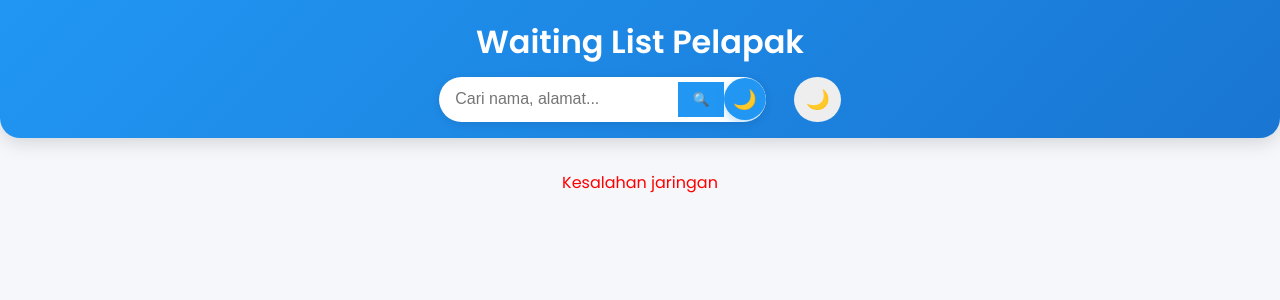
Repository: pasarrakyatbak/WaitingListforPanitia
Page: index.html
An editor plug-in stored every save of this project. The page is shown before and after the next save, followed by the edit.
The browser window is 1280 px wide. The pictures show the whole page.
The page's requests for data from a server got no answer.

Above is the page before, as saved 2025-09-25 16:41:48.

### index.html
<!DOCTYPE html>
<html lang="id">

<head>
    <meta charset="UTF-8">
    <meta name="viewport" content="width=device-width, initial-scale=1.0">
    <title>Waiting List Pelapak</title>
    <link href="https://fonts.googleapis.com/css2?family=Poppins:wght@400;500;600&display=swap" rel="stylesheet">
    <link rel="stylesheet" href="style.css">
</head>

<body>
    <!-- App Bar -->
    <div class="app-bar">
        <h1>Waiting List Pelapak</h1>
        <div class="header-actions">
            <!-- Search -->
            <div class="search-container">
                <input type="text" id="searchInput" placeholder="Cari nama, alamat...">
                <button id="searchBtn" aria-label="Cari">
                    <span class="icon">🔍</span>
                </button>
                <button id="darkSwitch" class="btn icon">🌙</button>
            </div>

            <!-- Toggle Dark Mode -->
            <button id="darkSwitch" class="toggle-dark" aria-label="Ganti tema">
                <span class="icon sun">☀️</span>
                <span class="icon moon">🌙</span>
            </button>
        </div>
    </div>

    <!-- Loader -->
    <div class="loader hidden" id="loader">
        <div class="spinner"></div>
        <div>Memuat data...</div>
    </div>

    <!-- List Container -->
    <div class="grid" id="listContainer"></div>

    <!-- Pagination -->
    <div class="pagination" id="pagination"></div>

    <!-- Modal -->
    <div class="modal hidden" id="modal">
        <div class="modal-content">
            <div id="modalMessage"></div>
            <div class="modal-actions">
                <button class="btn secondary" id="cancelBtn">Batal</button>
                <button class="btn primary" id="confirmBtn">
                    <span class="btn-text">Ya</span>
                    <span class="btn-spinner hidden"></span>
                </button>
            </div>
        </div>
    </div>

    <!-- Toast -->
    <div class="toast hidden" id="toast">
        <span id="toastMessage"></span>
        <button id="toastClose">✖</button>
    </div>

    <script src="script.js"></script>
</body>

</html>

### style.css
/* Reset & Global */
* {
    margin: 0;
    padding: 0;
    box-sizing: border-box;
}

body {
    font-family: "Poppins", sans-serif;
    background: #f5f7fa;
    color: #212121;
    display: flex;
    flex-direction: column;
    min-height: 100vh;
    transition: background 0.4s, color 0.4s;
    line-height: 1.6;
}

/* 🌙 Dark Mode Global */
body.dark {
    background: #121212;
    color: #e0e0e0;
}

/* App Bar */
.app-bar {
    background: linear-gradient(135deg, #2196f3, #1976d2);
    color: #fff;
    padding: 1rem 1.5rem;
    text-align: center;
    box-shadow: 0 4px 20px rgba(0, 0, 0, 0.15);
    position: sticky;
    top: 0;
    z-index: 100;
    border-bottom-left-radius: 20px;
    border-bottom-right-radius: 20px;
    transition: background 0.4s, box-shadow 0.4s;
}

.app-bar h1 {
    font-size: 1.8rem;
    font-weight: 600;
}

.header-actions {
    display: flex;
    justify-content: center;
    gap: 1rem;
    flex-wrap: wrap;
    margin-top: 0.6rem;
}

/* 🌙 Dark Mode App Bar */
body.dark .app-bar {
    background: linear-gradient(135deg, #0d47a1, #1565c0);
    box-shadow: 0 4px 20px rgba(255, 255, 255, 0.1);
}

/* 🎨 Modern Buttons */
.btn {
    display: inline-flex;
    align-items: center;
    justify-content: center;
    gap: 0.5rem;
    padding: 0.65rem 1.2rem;
    border: none;
    border-radius: 14px;
    font-size: 0.9rem;
    font-weight: 600;
    cursor: pointer;
    transition: all 0.3s ease;
    box-shadow: 0 4px 12px rgba(0, 0, 0, 0.12);
    position: relative;
    overflow: hidden;
}

/* efek klik ripple */
.btn::after {
    content: "";
    position: absolute;
    inset: 0;
    background: rgba(255, 255, 255, 0.2);
    opacity: 0;
    transition: opacity 0.3s;
}

.btn:active::after {
    opacity: 1;
    transition: opacity 0s;
}

/* Variasi tombol */
.btn.primary {
    background: linear-gradient(135deg, #4caf50, #388e3c);
    color: #fff;
}

.btn.primary:hover {
    transform: translateY(-2px);
    box-shadow: 0 6px 15px rgba(56, 142, 60, 0.35);
}

.btn.secondary {
    background: linear-gradient(135deg, #2196f3, #1976d2);
    color: #fff;
}

.btn.secondary:hover {
    transform: translateY(-2px);
    box-shadow: 0 6px 15px rgba(25, 118, 210, 0.35);
}

.btn.danger {
    background: linear-gradient(135deg, #f44336, #c62828);
    color: #fff;
}

.btn.danger:hover {
    transform: translateY(-2px);
    box-shadow: 0 6px 15px rgba(198, 40, 40, 0.35);
}

.btn.outline {
    background: transparent;
    border: 2px solid #2196f3;
    color: #2196f3;
}

.btn.outline:hover {
    background: #2196f3;
    color: #fff;
}

/* 🌙 Dark mode tombol */
body.dark .btn.primary {
    background: linear-gradient(135deg, #66bb6a, #2e7d32);
}

body.dark .btn.secondary {
    background: linear-gradient(135deg, #64b5f6, #1565c0);
}

body.dark .btn.danger {
    background: linear-gradient(135deg, #ef5350, #b71c1c);
}

body.dark .btn.outline {
    border-color: #90caf9;
    color: #90caf9;
}

body.dark .btn.outline:hover {
    background: #90caf9;
    color: #121212;
}

/* 🔘 Icon Button Round */
.btn.icon {
    width: 42px;
    height: 42px;
    border-radius: 50%;
    padding: 0;
    display: inline-flex;
    align-items: center;
    justify-content: center;
    font-size: 1.2rem;
    background: #2196f3;
    color: #fff;
    border: none;
    cursor: pointer;
    transition: all 0.3s ease;
    box-shadow: 0 3px 10px rgba(33, 150, 243, 0.3);
}

.btn.icon:hover {
    transform: scale(1.05);
    box-shadow: 0 5px 14px rgba(33, 150, 243, 0.4);
}

.btn.icon:active {
    transform: scale(0.95);
}

/* 🌙 Dark mode untuk tombol icon */
body.dark .btn.icon {
    background: #90caf9;
    color: #121212;
    box-shadow: 0 3px 10px rgba(144, 202, 249, 0.25);
}

/* Search modern */
.search-container {
    display: flex;
    align-items: center;
    background: #fff;
    border-radius: 30px;
    overflow: hidden;
    box-shadow: 0 2px 8px rgba(0, 0, 0, 0.1);
    transition: background 0.3s;
}

.search-container input {
    border: none;
    outline: none;
    padding: 0.6rem 1rem;
    font-size: 0.9rem;
    flex: 1;
    background: transparent;
}

.search-container button {
    background: #2196f3;
    border: none;
    color: #fff;
    padding: 0.6rem 0.9rem;
    cursor: pointer;
    transition: background 0.3s;
}

.search-container button:hover {
    background: #1976d2;
}

/* Dark mode search */
body.dark .search-container {
    background: #1f1f1f;
}

body.dark .search-container input {
    color: #fff;
}

/* Toggle Dark Mode Button */
.toggle-dark {
    margin-left: 0.8rem;
    background: #eee;
    border: none;
    border-radius: 50%;
    padding: 0.6rem;
    cursor: pointer;
    font-size: 1rem;
    transition: background 0.3s, transform 0.2s;
}

.toggle-dark:hover {
    background: #ddd;
    transform: scale(1.05);
}

.toggle-dark .icon {
    display: none;
}

body:not(.dark) .toggle-dark .sun {
    display: none;
}

body:not(.dark) .toggle-dark .moon {
    display: inline;
}

body.dark .toggle-dark {
    background: #2c2c2c;
    color: #fff;
}

body.dark .toggle-dark .sun {
    display: inline;
}

body.dark .toggle-dark .moon {
    display: none;
}


/* Loader */
.loader {
    display: flex;
    flex-direction: column;
    align-items: center;
    margin: 2rem 0;
    gap: 0.8rem;
}

.loader.hidden {
    display: none;
}

.spinner {
    border: 4px solid #e0e0e0;
    border-top: 4px solid #2196f3;
    border-radius: 50%;
    width: 40px;
    height: 40px;
    animation: spin 1s linear infinite;
}

@keyframes spin {
    100% {
        transform: rotate(360deg);
    }
}

/* 🌙 Dark Mode Loader */
body.dark .spinner {
    border: 4px solid #444;
    border-top: 4px solid #90caf9;
}

/* Grid */
.grid {
    display: grid;
    grid-template-columns: repeat(auto-fit, minmax(260px, 1fr));
    gap: 1.5rem;
    padding: 1.5rem;
}

/* Card */
.card {
    position: relative;
    background: #fff;
    border-radius: 16px;
    padding: 1.5rem;
    box-shadow: 0 6px 20px rgba(0, 0, 0, 0.08);
    transition: transform 0.3s, box-shadow 0.3s, background 0.4s, color 0.4s;
    display: flex;
    flex-direction: column;
}

.card:hover {
    transform: translateY(-6px);
    box-shadow: 0 12px 30px rgba(0, 0, 0, 0.15);
}

.card .title {
    font-weight: 600;
    font-size: 1.5rem;
    margin-bottom: 0.5rem;
}

.card .subtitle {
    font-size: 1rem;
    color: #666;
}

/* 🌙 Dark Mode Card */
body.dark .card {
    background: #1e1e1e;
    color: #e0e0e0;
    box-shadow: 0 6px 20px rgba(255, 255, 255, 0.05);
}

body.dark .card:hover {
    box-shadow: 0 12px 30px rgba(255, 255, 255, 0.1);
}

body.dark .card .subtitle {
    color: #bdbdbd;
}

/* Modal */
.modal {
    position: fixed;
    inset: 0;
    background: rgba(0, 0, 0, 0.45);
    display: flex;
    align-items: center;
    justify-content: center;
    z-index: 1000;
}

.modal.hidden {
    display: none;
}

.modal-content {
    background: #fff;
    padding: 2rem;
    border-radius: 20px;
    max-width: 400px;
    width: 90%;
    text-align: center;
    box-shadow: 0 10px 30px rgba(0, 0, 0, 0.2);
    animation: fadeInUp 0.3s ease;
    transition: background 0.4s, color 0.4s;
}

/* 🌙 Dark Mode Modal */
body.dark .modal-content {
    background: #2a2a2a;
    color: #e0e0e0;
    box-shadow: 0 10px 30px rgba(255, 255, 255, 0.05);
}

/* Toast */
.toast {
    position: fixed;
    top: 12%;
    left: 50%;
    transform: translateX(-50%) scale(0.9);
    background: #323232;
    color: #fff;
    padding: 0.9rem 1.4rem;
    border-radius: 14px;
    font-size: 0.9rem;
    opacity: 0;
    display: flex;
    align-items: center;
    gap: 0.7rem;
    transition: opacity 0.3s, transform 0.3s;
    z-index: 2000;
}

.toast.show {
    opacity: 1;
    transform: translateX(-50%) scale(1);
}

.toast.success {
    background: #4caf50;
}

.toast.error {
    background: #f44336;
}

.toast button {
    background: transparent;
    border: none;
    color: #fff;
    font-size: 1.1rem;
    cursor: pointer;
}

/* 🌙 Dark Mode Toast */
body.dark .toast {
    background: #444;
    color: #fff;
}

body.dark .toast.success {
    background: #388e3c;
}

body.dark .toast.error {
    background: #c62828;
}

/* Pagination */
.pagination {
    display: flex;
    justify-content: center;
    gap: 0.5rem;
    margin: 1.2rem 0;
    flex-wrap: wrap;
}

.pagination button {
    padding: 0.5rem 1rem;
    border-radius: 20px;
    border: 1px solid #2196f3;
    background: #fff;
    color: #2196f3;
    cursor: pointer;
    transition: all 0.3s ease;
}

.pagination button.active {
    background: #2196f3;
    color: #fff;
}

/* 🌙 Dark Mode Pagination */
body.dark .pagination button {
    border-color: #81c784;
    color: #81c784;
    background: transparent;
}

body.dark .pagination button.active {
    background: #4caf50;
    color: #fff;
}

/* Status umum */
.card .status {
    display: inline-block;
    font-size: 0.85rem;
    font-weight: 600;
    padding: 3px 10px;
    border-radius: 20px;
    margin-bottom: 0.6rem;
}

/* Waiting */
.card.waiting {
    background: #fff8e1;
    border-left: 5px solid #fbc02d;
}

.card.waiting .status {
    background: #fbc02d;
    color: #333;
}

/* Done */
.card.done {
    background: #e8f5e9;
    border-left: 5px solid #43a047;
}

.card.done .status {
    background: #43a047;
    color: #fff;
}

/* 🌙 Dark Mode Status */
body.dark .card.waiting {
    background: #2a2618;
    border-left: 5px solid #fdd835;
}

body.dark .card.waiting .status {
    background: #fdd835;
    color: #212121;
}

body.dark .card.done {
    background: #1b2d1b;
    border-left: 5px solid #66bb6a;
}

body.dark .card.done .status {
    background: #66bb6a;
    color: #fff;
}

/* 📱 Responsif */

/* Mobile kecil */
@media (max-width: 480px) {
    .app-bar h1 {
        font-size: 1.4rem;
    }

    .header-actions {
        flex-direction: column;
        gap: 0.6rem;
        align-items: stretch;
    }

    /* Search mobile */
    .search-container {
        width: 100%;
        padding: 0.4rem 0.6rem;
        border-radius: 25px;
    }

    .search-container input {
        font-size: 0.85rem;
    }

    .search-container button {
        padding: 0.5rem 0.7rem;
        font-size: 0.9rem;
    }

    /* Toggle dark mode mobile */
    .toggle-dark {
        align-self: flex-end;
        padding: 0.5rem;
        font-size: 1rem;
    }

    .card {
        padding: 1rem;
    }

    .card .title {
        font-size: 1.2rem;
    }

    .card .subtitle {
        font-size: 0.85rem;
    }

    .btn {
        font-size: 0.8rem;
        padding: 0.5rem;
    }

    .modal-content {
        padding: 1.2rem;
    }
}

/* Tablet */
@media (max-width: 768px) {
    .app-bar h1 {
        font-size: 1.6rem;
    }

    .header-actions {
        gap: 0.8rem;
    }

    /* Search tablet */
    .search-container {
        flex: 1;
        max-width: 420px;
    }

    .search-container input {
        font-size: 0.9rem;
    }

    .search-container button {
        padding: 0.55rem 0.9rem;
    }

    /* Toggle dark mode tablet */
    .toggle-dark {
        padding: 0.6rem;
        font-size: 1.1rem;
    }

    .grid {
        grid-template-columns: repeat(auto-fit, minmax(200px, 1fr));
        gap: 1rem;
        padding: 1rem;
    }

    .card {
        padding: 1.2rem;
    }

    .pagination {
        gap: 0.3rem;
    }

    .pagination button {
        padding: 0.4rem 0.8rem;
        font-size: 0.85rem;
    }
}

/* Laptop / Desktop */
@media (min-width: 1024px) {
    .app-bar h1 {
        font-size: 2rem;
    }

    .header-actions {
        flex-direction: row;
        gap: 1rem;
    }

    /* Search desktop */
    .search-container {
        max-width: 500px;
    }

    .search-container input {
        font-size: 1rem;
    }

    /* Toggle dark mode desktop */
    .toggle-dark {
        padding: 0.7rem;
        font-size: 1.2rem;
    }

    .grid {
        grid-template-columns: repeat(auto-fit, minmax(280px, 1fr));
        gap: 2rem;
        padding: 2rem;
    }

    .card {
        padding: 1.8rem;
    }
}

### script.js
const URL_API = "https://script.google.com/macros/s/AKfycby4z2qZ24SrJkcyGpybH29lSUC_3_z1LG-7wSmTzpaOEXrwjXf0Cl3hqkg95qAxPj1-/exec";

const listContainer = document.getElementById("listContainer");
const modal = document.getElementById("modal");
const modalMessage = document.getElementById("modalMessage");
const confirmBtn = document.getElementById("confirmBtn");
const cancelBtn = document.getElementById("cancelBtn");
const loader = document.getElementById("loader");
const btnText = confirmBtn.querySelector(".btn-text");
const btnSpinner = confirmBtn.querySelector(".btn-spinner");
const searchInput = document.getElementById("searchInput");
const searchBtn = document.getElementById("searchBtn");
const paginationDiv = document.getElementById("pagination");
const darkSwitch = document.getElementById("darkSwitch");

let selectedItem = null;
let selectedAction = null;
let selectedCardButton = null;
let currentPage = 1;
let totalPages = 1;
let currentKeyword = "";
let searchTimeout = null;

let allData = []; // cache semua data

// Loader & Spinner
const showLoader = () => loader.classList.remove("hidden");
const hideLoader = () => loader.classList.add("hidden");
const setButtonLoading = (state) => {
    btnText.textContent = state ? "Memproses..." : "Ya";
    btnSpinner.classList.toggle("hidden", !state);
    confirmBtn.disabled = state;
};

// Fetch data dari API sekali saja
async function fetchData(limit = 1000) {
    const url = `${URL_API}?action=waitingList&page=1&limit=${limit}`;
    const res = await fetch(url);
    return res.json();
}

// Load data (dengan filter lokal)
async function loadData(page = 1, limit = 10, keyword = "") {
    showLoader();
    try {
        // fetch hanya sekali saat awal
        if (allData.length === 0) {
            const json = await fetchData(1000); // ambil banyak sekaligus
            if (json.success) {
                allData = json.data;
            } else {
                listContainer.innerHTML = `<p style="text-align:center;">Data kosong</p>`;
                hideLoader();
                return;
            }
        }

        // filter lokal
        const filtered = keyword
            ? allData.filter(item =>
                item.nama.toLowerCase().includes(keyword.toLowerCase()) ||
                item.alamat.toLowerCase().includes(keyword.toLowerCase()) ||
                item.jualan.toLowerCase().includes(keyword.toLowerCase())
            )
            : allData;

        // pagination manual
        totalPages = Math.ceil(filtered.length / limit) || 1;
        const start = (page - 1) * limit;
        const end = start + limit;
        const paginated = filtered.slice(start, end);

        listContainer.innerHTML = "";
        if (paginated.length) {
            const fragment = document.createDocumentFragment();
            paginated.forEach(item => fragment.appendChild(createCard(item)));
            listContainer.appendChild(fragment);
            currentPage = page;
            renderPagination();
        } else {
            listContainer.innerHTML = `<p style="text-align:center;">Data tidak ditemukan</p>`;
            paginationDiv.innerHTML = "";
        }
    } catch (err) {
        console.error("Error loadData:", err);
        listContainer.innerHTML = `<p style="text-align:center; color:red;">Kesalahan jaringan</p>`;
        paginationDiv.innerHTML = "";
    } finally {
        hideLoader();
    }
}

// Create card
function createCard(item) {
    const card = document.createElement("div");
    const statusClass = item.status === "done" ? "done" : "waiting";
    const statusText = item.status === "done" ? "Done" : "Waiting List";

    card.className = `card ${statusClass}`;
    card.dataset.no = item.no;
    card.innerHTML = `
        <div class="status">${statusText}</div>
        <div class="title">${item.no}. ${item.nama}</div>
        <div class="subtitle"><strong>Alamat:</strong> ${item.alamat}</div>
        <div class="subtitle"><strong>Jualan:</strong> ${item.jualan}</div>
        <div class="subtitle"><strong>WA:</strong> ${item.nomor_wa}</div>
        <div class="actions">
            <button class="btn primary">
                <span class="btn-text">${item.status === "done" ? "Selesai ✅" : "Tandai Selesai"}</span>
                <span class="btn-card-spinner hidden"></span>
            </button>
            <button class="btn danger">
                <span class="btn-text">Hapus</span>
                <span class="btn-card-spinner hidden"></span>
            </button>
        </div>
    `;
    return card;
}



// Event delegation untuk tombol Done/Hapus
listContainer.addEventListener("click", (e) => {
    const card = e.target.closest(".card");
    if (!card) return;
    const item = {
        no: card.dataset.no,
        nama: card.querySelector(".title").textContent.split(". ")[1]
    };
    if (e.target.closest(".btn.primary")) {
        selectedItem = item;
        selectedAction = "done";
        selectedCardButton = e.target.closest(".btn.primary");
        modalMessage.textContent = `Tandai "${item.nama}" sebagai Done?`;
        modal.classList.remove("hidden");
    } else if (e.target.closest(".btn.danger")) {
        selectedItem = item;
        selectedAction = "delete";
        selectedCardButton = e.target.closest(".btn.danger");
        modalMessage.textContent = `Hapus "${item.nama}" dari waiting list?`;
        modal.classList.remove("hidden");
    }
});

// Modal cancel
cancelBtn.addEventListener("click", resetModal);

// Modal confirm
confirmBtn.addEventListener("click", async () => {
    if (!selectedItem || !selectedAction) return resetModal();
    const actionApi = selectedAction === "done" ? "approveWaitingList" : "deleteWaitingList";

    setButtonLoading(true);
    const spinnerCard = selectedCardButton.querySelector(".btn-card-spinner");
    selectedCardButton.disabled = true;
    spinnerCard.classList.remove("hidden");

    try {
        const res = await fetch(URL_API, {
            method: "POST",
            body: new URLSearchParams({ action: actionApi, no: selectedItem.no })
        });
        const json = await res.json();
        if (json.success) {
            showToast(`"${selectedItem.nama}" berhasil ${selectedAction === "done" ? 'ditandai Done ✅' : 'dihapus ❌'}`, "success");

            // 🔑 refresh data supaya sesuai dengan sheet
            allData = [];
            await loadData(currentPage, 10, currentKeyword);
        } else {
            showToast(json.message || "Gagal update data", "error");
        }
    } catch (err) {
        console.error("Error confirm:", err);
        showToast("Kesalahan jaringan", "error");
    } finally {
        setButtonLoading(false);
        spinnerCard.classList.add("hidden");
        selectedCardButton.disabled = false;
        resetModal();
    }
});

function resetModal() {
    modal.classList.add("hidden");
    selectedItem = null;
    selectedAction = null;
    selectedCardButton = null;
}

// Update card
function markAsDone(no) {
    const card = listContainer.querySelector(`.card[data-no="${no}"]`);
    if (card) card.classList.add("done");
}
function removeCard(no) {
    const card = listContainer.querySelector(`.card[data-no="${no}"]`);
    if (card) card.remove();
}

// Toast
function showToast(message, type = "success") {
    const toast = document.getElementById("toast");
    const toastMessage = document.getElementById("toastMessage");
    const toastClose = document.getElementById("toastClose");
    toastMessage.textContent = message;
    toast.className = `toast ${type} show`;
    const timer = setTimeout(() => { toast.className = "toast hidden"; }, 3000);
    toastClose.onclick = () => { clearTimeout(timer); toast.className = "toast hidden"; };
}

// Pagination
function renderPagination() {
    paginationDiv.innerHTML = "";
    for (let i = 1; i <= totalPages; i++) {
        const btn = document.createElement("button");
        btn.textContent = i;
        if (i === currentPage) btn.classList.add("active");
        btn.addEventListener("click", () => loadData(i, 10, currentKeyword));
        paginationDiv.appendChild(btn);
    }
}

// Search dengan debounce (filter lokal)
searchBtn.addEventListener("click", () => triggerSearch());
searchInput.addEventListener("input", () => triggerSearch());
function triggerSearch() {
    clearTimeout(searchTimeout);
    searchTimeout = setTimeout(() => {
        currentKeyword = searchInput.value.trim();
        loadData(1, 10, currentKeyword);
    }, 300);
}

// Dark mode
if (localStorage.getItem("darkMode") === "true") document.body.classList.add("dark");
darkSwitch.addEventListener("click", () => {
    const isDark = document.body.classList.toggle("dark");
    localStorage.setItem("darkMode", isDark);
    darkSwitch.textContent = isDark ? "☀️ Light Mode" : "🌙 Dark Mode";
});

// Load awal
window.addEventListener("DOMContentLoaded", () => loadData());

After the next save:
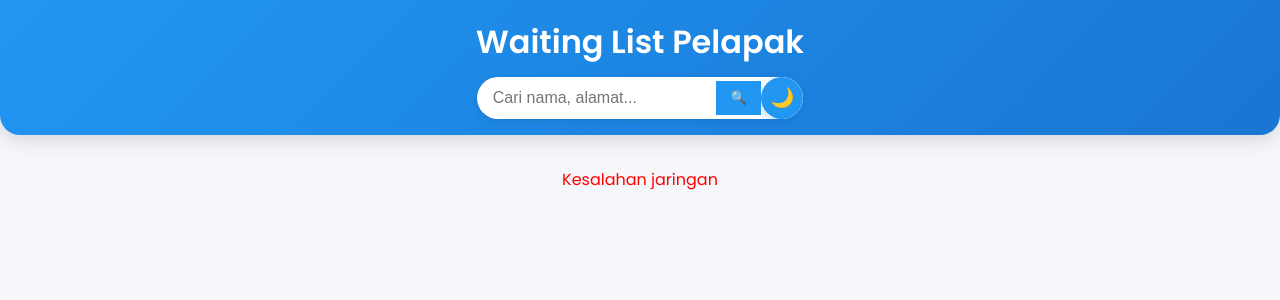
Saved 8 s later.
--- a/index.html
+++ b/index.html
@@ -22,12 +22,6 @@
                 </button>
                 <button id="darkSwitch" class="btn icon">🌙</button>
             </div>
-
-            <!-- Toggle Dark Mode -->
-            <button id="darkSwitch" class="toggle-dark" aria-label="Ganti tema">
-                <span class="icon sun">☀️</span>
-                <span class="icon moon">🌙</span>
-            </button>
         </div>
     </div>
 

After the save that followed:
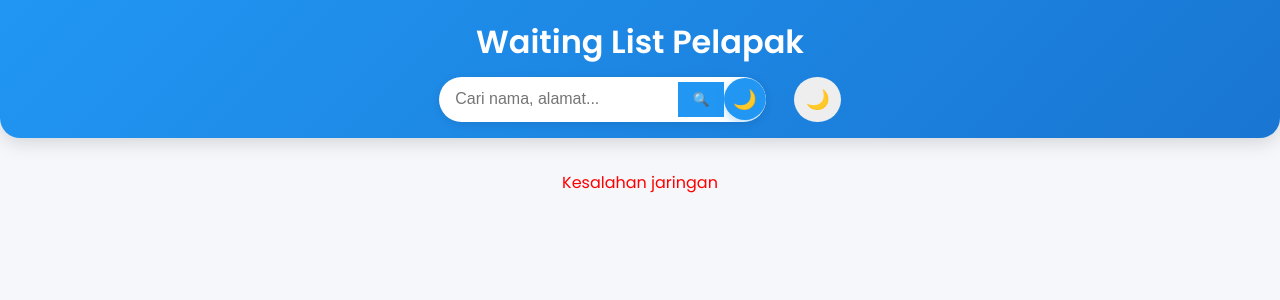
Saved 27 s later.
--- a/index.html
+++ b/index.html
@@ -22,6 +22,12 @@
                 </button>
                 <button id="darkSwitch" class="btn icon">🌙</button>
             </div>
+
+            <!-- Toggle Dark Mode -->
+            <button id="darkSwitch" class="toggle-dark" aria-label="Ganti tema">
+                <span class="icon sun">☀️</span>
+                <span class="icon moon">🌙</span>
+            </button>
         </div>
     </div>
 
